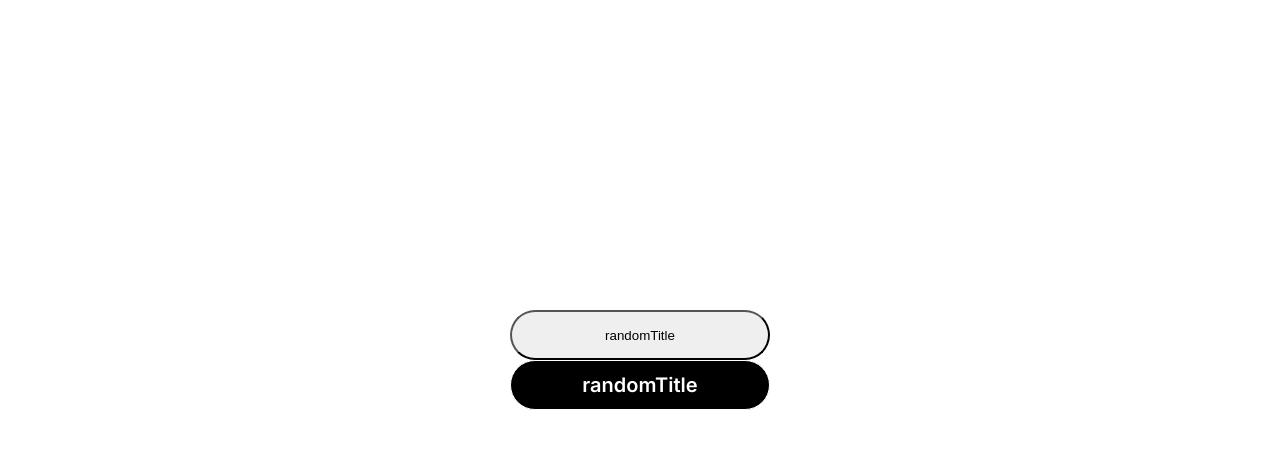
Repository: Cherced/virtualassistant
Page: /Draft
These files come from the project's save history. The page is drawn as it stood at one moment and after the next save; the edit follows.
The browser window is 1280 px wide. The pictures show the whole page.
The project was rebuilt for these pictures with package versions that can differ from the ones it lists, and the page was loaded fresh each time. The framework's server and built-in components were replaced by stand-ins that run in the browser.

Above is the page before, as saved 2022-07-15 10:08:13.

After the next save:
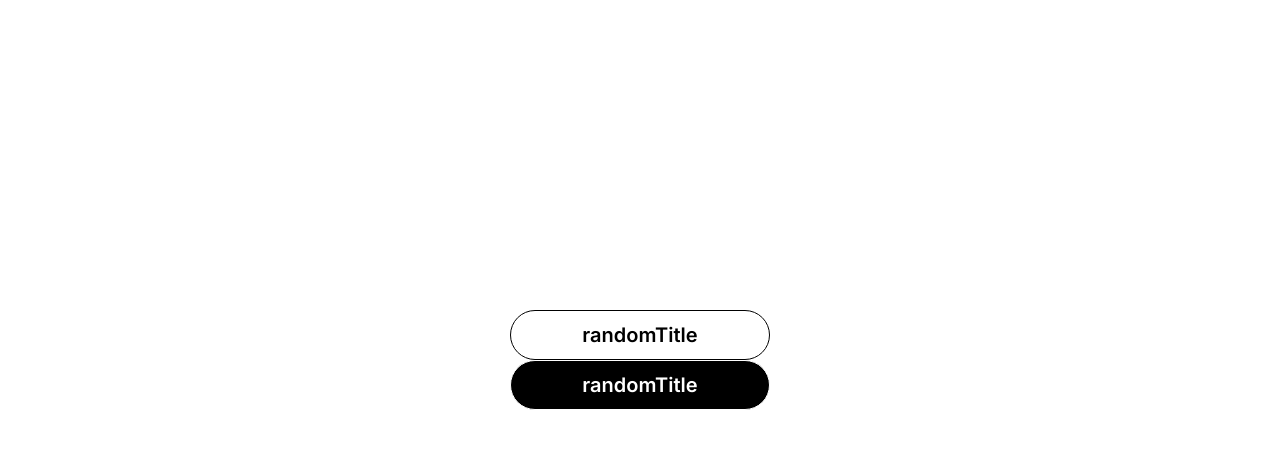
Saved 54 s later.
--- a/sass/components/buttons/_basicButton.scss
+++ b/sass/components/buttons/_basicButton.scss
@@ -15,3 +15,15 @@
     text-align: center;
     color: #FFFFFF;
 }
+
+.white{
+    background: white;
+    border: 1px solid black;
+    font-family: $mainFont;
+    font-style: normal;
+    font-weight: 600;
+    font-size: 20px;
+    line-height: 30px;
+    text-align: center;
+    color: black;
+}
